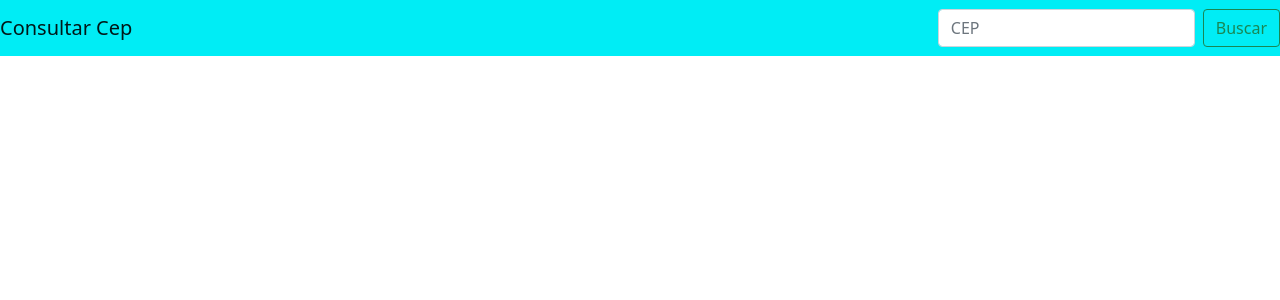
Repository: ViniciusCMS/StudyJquerry
Page: index.html
An editor plug-in stored every save of this project. The page is shown before and after the next save, followed by the edit.
The browser window is 1280 px wide. The pictures show the whole page.

Above is the page before, as saved 2021-11-26 11:42:17.

### index.html
<!DOCTYPE html>
<html lang="pt-br">
<head>
    <meta charset="UTF-8">
    <meta http-equiv="X-UA-Compatible" content="IE=edge">
    <meta name="viewport" content="width=device-width, initial-scale=1.0">
    <title>StudyJquery</title>
    <script type="text/javascript" src="js/jquery-3.6.0.min.js"></script>
    <script type="text/javascript" src="js/main.js"></script>
    <link rel="stylesheet" type="text/css" href="bootstrap/css/bootstrap.min.css">
</head>
<body>
   <nav class="navbar navbar-light" style="background-color: #00edf5;">
    <a class="navbar-brand">Consultar Cep</a>
      <div class="d-flex">
        <input class="form-control me-2" type="search" placeholder="CEP" id="cep">
        <button class="btn btn-outline-success" type="submit" onclick="consultaCep()">Buscar</button>
      </div>
    </nav>

    <div class="container cep">
        <div class="row">
            <h3 id="cepTitulo">CEP</h3>
        </div>
        <div class="row">

            <table class="table table-dark table-striped">
                <tbody>
                    <tr>
                        <td>Uf</td>
                        <td id="uf"></td>
                    </tr>
                    <tr>
                        <td>Localidade</td>
                        <td id="localidade"></td>
                    </tr>
                    <tr>
                        <td>Bairro</td>
                        <td id="bairro"></td>
                    </tr>
                    <tr>
                        <td>Logradouro</td>
                        <td id="logradouro"></td>
                    </tr>

                </tbody>
            </table>

        </div>

    </div>


    <!--<input id="cep">
    <button type="button" onclick="consultaCep()">Consultar</button>
    <p id="uf"></p>
    <p id="localidade"></p>
    <p id="logradouro"></p>
    <p id="bairro"></p>-->
</body>
</html>

### js/main.js
function consultaCep() {

    var cep = document.getElementById("cep").value;
    var url = "https://viacep.com.br/ws/" + cep + "/json/";

    console.log(url)

    $.ajax({
        url: url,
        type: "GET",
        success: function(response){
            console.log(response);

            $("#uf").html(response.uf);
            $("#localidade").html(response.localidade);
            $("#bairro").html(response.bairro);
            $("#logradouro").html(response.logradouro);
            $("#cepTitulo").html("CEP: " + response.cep);
            $(".cep").show();
            /*document.getElementById("uf").innerHTML = response.uf;
            document.getElementById("localidade").innerHTML = response.localidade;
            document.getElementById("logradouro").innerHTML = response.logradouro;
            document.getElementById("bairro").innerHTML = response.bairro;*/
        }

    })
};

$(function(){
    $(".cep").hide();
});

Loaded but not shown: js/jquery-3.6.0.min.js (library); bootstrap/css/bootstrap.min.css (library)

After the next save:
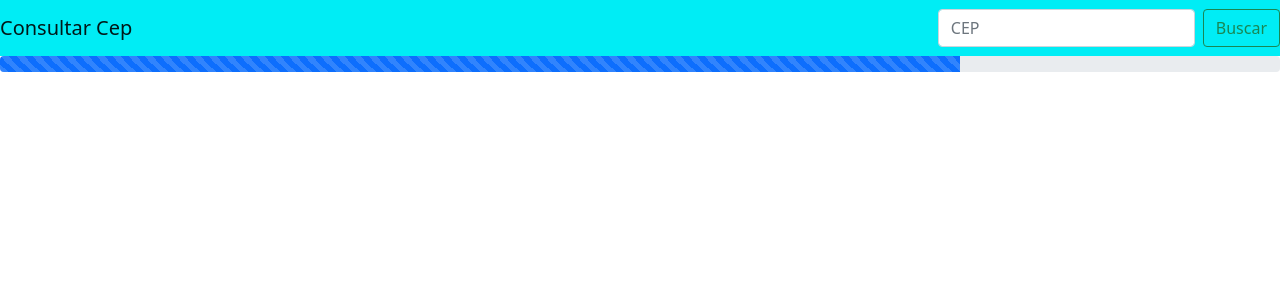
Saved 2 min 1 s later.
--- a/index.html
+++ b/index.html
@@ -17,6 +17,10 @@
         <button class="btn btn-outline-success" type="submit" onclick="consultaCep()">Buscar</button>
       </div>
     </nav>
+
+    <div class="progress">
+        <div class="progress-bar progress-bar-striped progress-bar-animated" role="progressbar" aria-valuenow="75" aria-valuemin="0" aria-valuemax="100" style="width: 75%"></div>
+      </div>
 
     <div class="container cep">
         <div class="row">
